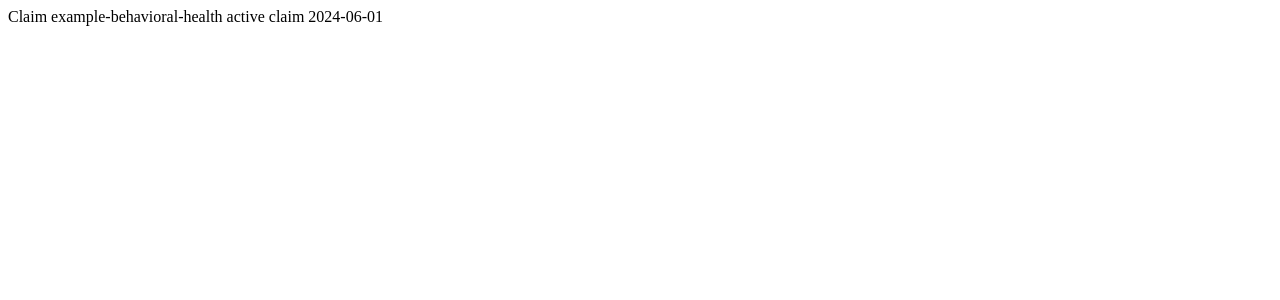
Repository: Laniz/Mapping-project
Page: http://localhost/Best Notes/public/index.php
These files come from the project's save history. The page is drawn as it stood at one moment and after the next save; the edit follows.
The browser window is 1280 px wide. The pictures show the whole page.
The page is run by PHP 8.4 with error messages shown; the project is at /var/www/html/.

Above is the page before, as saved 2025-06-30 23:07:36.

After the next save:
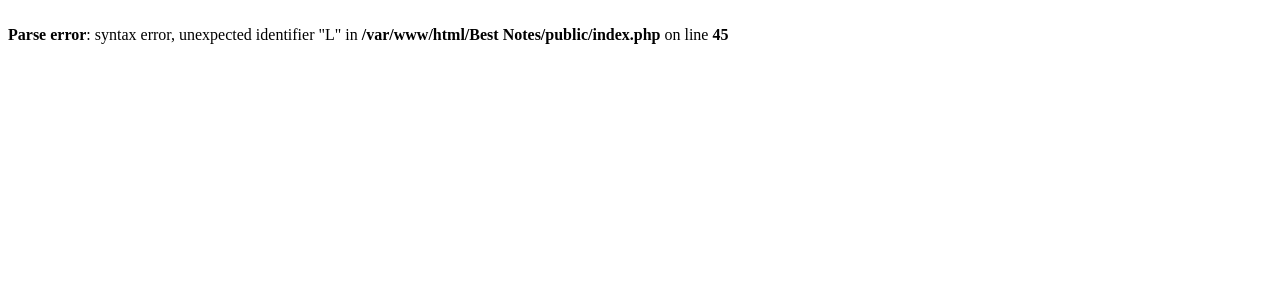
Saved 8 s later.
--- a/Best Notes/public/index.php
+++ b/Best Notes/public/index.php
@@ -7,8 +7,8 @@
 use App\Mapping\ClaimMapper;
 
 // Initialize only the mappers you’re using
-$patientMapper = new PatientMapper();
-$encounterMapper = new EncounterMapper();
+// $patientMapper = new PatientMapper();
+// $encounterMapper = new EncounterMapper();
 $claimMapper = new ClaimMapper();
 
 // Create new XML document
@@ -16,8 +16,8 @@
 $doc->formatOutput = true;
 
 // Input paths to actual FHIR data (not mapping files)
-$inputPath1 = __DIR__ . '/../FHIR-Patient-Full.json';
-$inputPath2 = __DIR__ . '/../Encounter-example.json';
+// $inputPath1 = __DIR__ . '/../FHIR-Patient-Full.json';
+// $inputPath2 = __DIR__ . '/../Encounter-example.json';
 $inputPath3 = __DIR__ . '/../FHIR-CLAIM.json';
 
 // Load and decode FHIR JSON files
@@ -41,5 +41,5 @@
 $root->appendChild($claimMapper->map($data3, $doc));
 
 // Append and output final XML
-$doc->appendChild($root);
-echo $doc->saveXML();
+XML
+L();

After the 2 saves that followed:
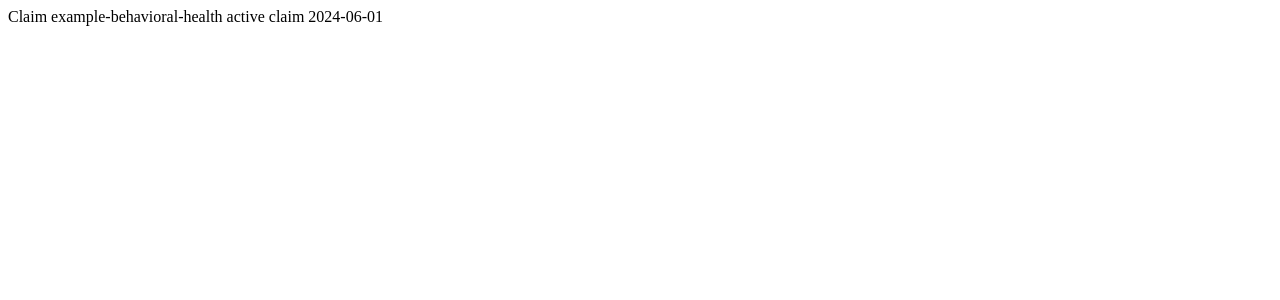
The 2 saves are shown as one change because they came seconds apart.
The last was saved 8 s later.
--- a/Best Notes/public/index.php
+++ b/Best Notes/public/index.php
@@ -41,5 +41,5 @@
 $root->appendChild($claimMapper->map($data3, $doc));
 
 // Append and output final XML
-XML
-L();
+$doc->appendChild($root);
+echo $doc->saveXML();
